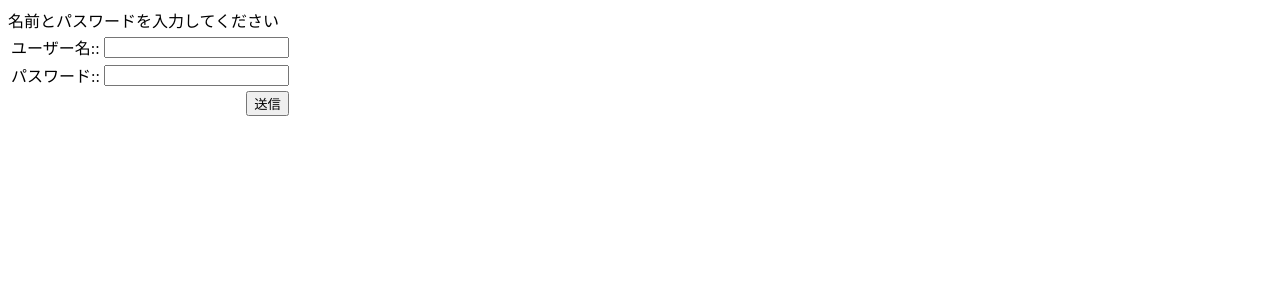
Repository: fujita0830/learning
Page: http://localhost/WebProj2/WelcomeAction.action
These files come from the project's save history. The page is drawn as it stood at one moment and after the next save; the edit follows.
The browser window is 1280 px wide. The pictures show the whole page.
The page is served by Tomcat 9.

Above is the page before, as saved 2018-12-25 03:43:04.

After the next save:
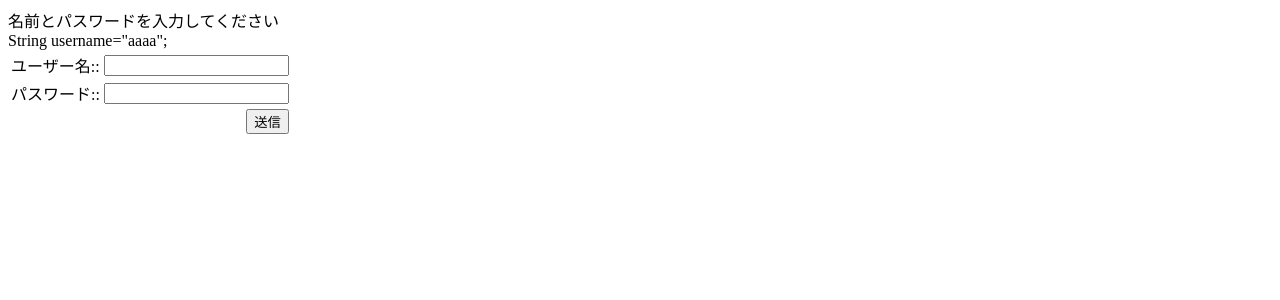
Saved 83 s later.
--- a/WebProj2/WebContent/welcome.jsp
+++ b/WebProj2/WebContent/welcome.jsp
@@ -13,6 +13,7 @@
 名前とパスワードを入力してください
 
 <s:form method="post" action="LoginAction">
+String username="aaaa";
  <s:textfield name="username" label="ユーザー名:"/>
  <s:textfield name="password" label="パスワード:"/>
  <s:submit value="送信"/>
